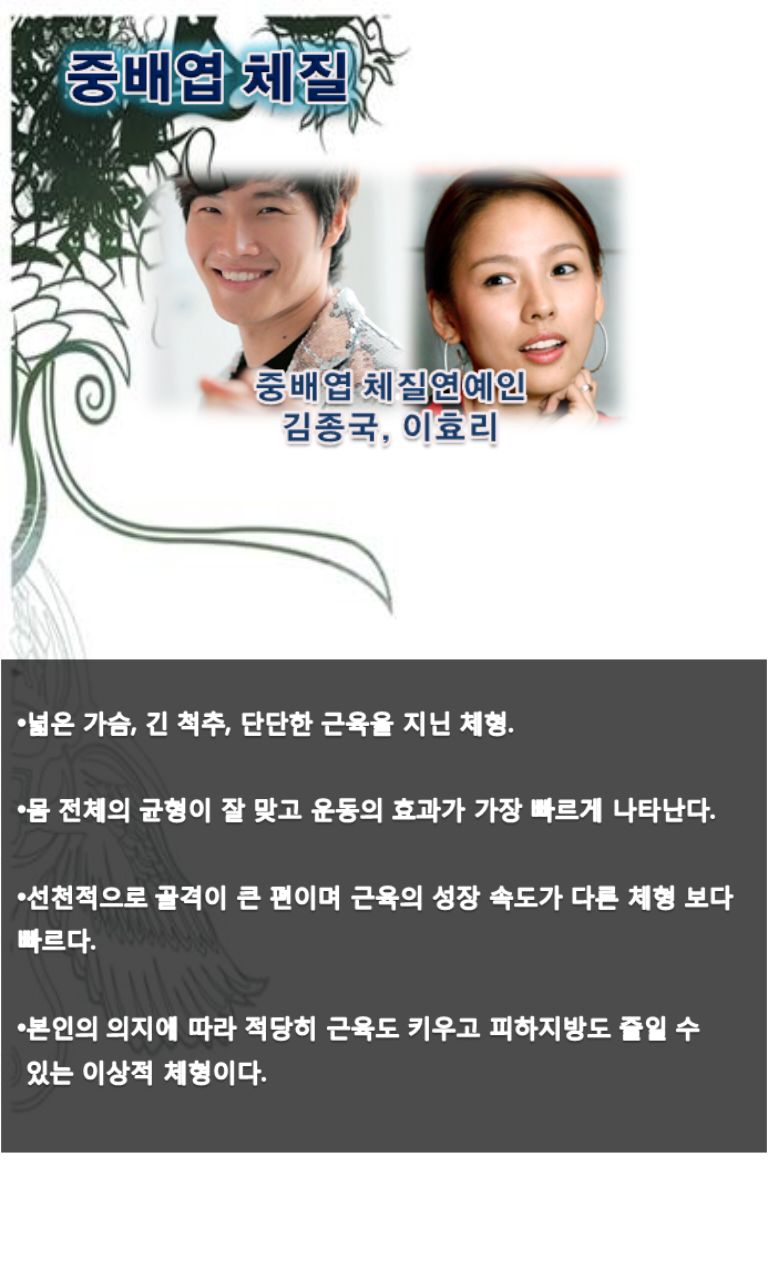
Repository: LewisLim579/2013TeamProject
Layout: PtsApp/res/layout/c_jung.xml
An editor plug-in stored every save of this project. The layout is shown before and after the next save, followed by the edit.
It is drawn on a 768 x 1280 px phone screen (xhdpi) without system bars, with theme android:Theme.NoTitleBar.Fullscreen; the app's code is not run.

Above is the layout before, as saved 2013-05-24 16:57:28.

### PtsApp/res/layout/c_jung.xml
<RelativeLayout xmlns:android="http://schemas.android.com/apk/res/android"
    android:layout_width="fill_parent"
    android:layout_height="fill_parent"
    android:background="@drawable/back" >

    <ImageView
        android:id="@+id/imageView2"
        android:layout_width="wrap_content"
        android:layout_height="wrap_content"
        android:layout_alignParentLeft="true"
        android:layout_alignParentTop="true"
        android:src="@drawable/jungtitle" />

    <ImageView
        android:id="@+id/imageView1"
        android:layout_width="wrap_content"
        android:layout_height="wrap_content"
        android:layout_below="@+id/imageView2"
        android:layout_centerHorizontal="true"
        android:src="@drawable/jung_2" />



    <ImageView
        android:id="@+id/imageView3"
        android:layout_width="wrap_content"
        android:layout_height="wrap_content"
        android:layout_alignParentBottom="true"
        android:layout_alignParentLeft="true"
        android:layout_marginBottom="38dp"
        android:src="@drawable/nene" />

</RelativeLayout>

After the next save:
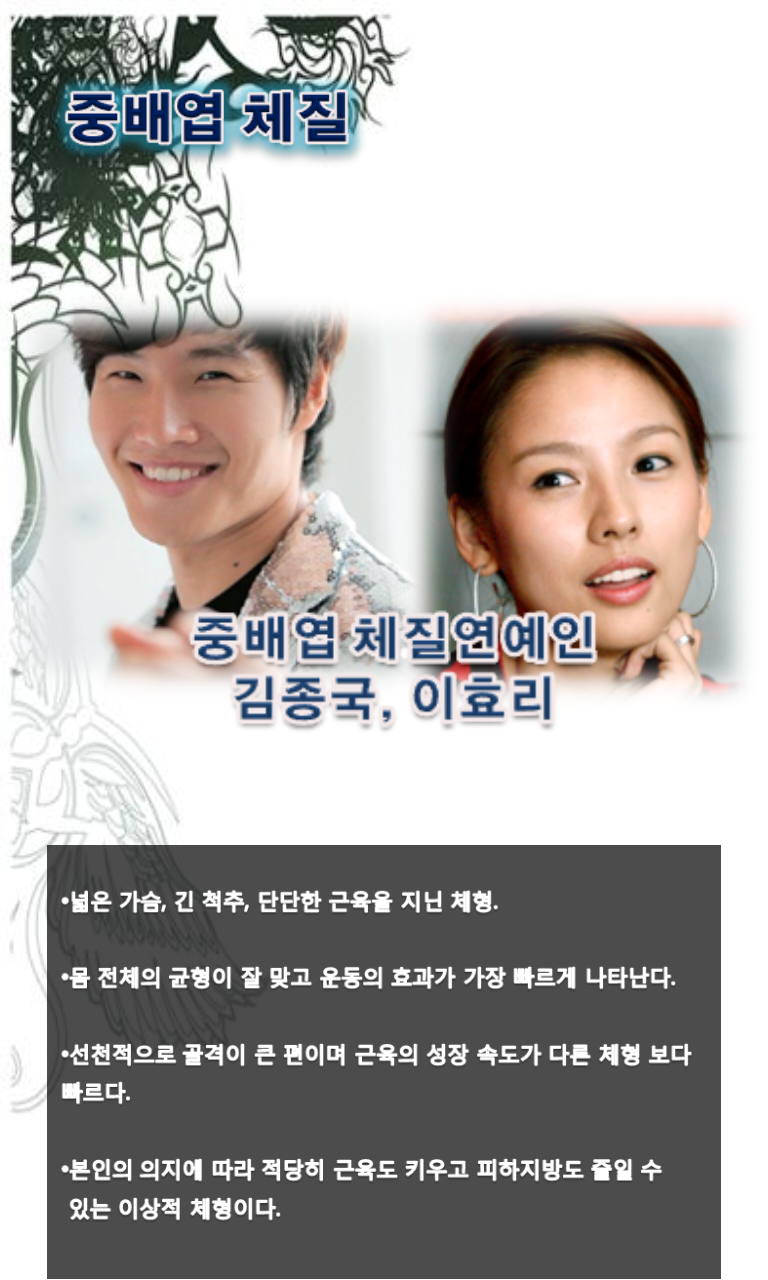
Saved 100 s later.
--- a/PtsApp/res/layout/c_jung.xml
+++ b/PtsApp/res/layout/c_jung.xml
@@ -1,33 +1,47 @@
-<RelativeLayout xmlns:android="http://schemas.android.com/apk/res/android"
+<LinearLayout xmlns:android="http://schemas.android.com/apk/res/android"
     android:layout_width="fill_parent"
     android:layout_height="fill_parent"
-    android:background="@drawable/back" >
+    android:background="@drawable/back"
+    android:orientation="vertical" >
 
-    <ImageView
-        android:id="@+id/imageView2"
-        android:layout_width="wrap_content"
+    <LinearLayout
+        android:layout_width="match_parent"
         android:layout_height="wrap_content"
-        android:layout_alignParentLeft="true"
-        android:layout_alignParentTop="true"
-        android:src="@drawable/jungtitle" />
+        android:orientation="vertical"
+        android:layout_marginTop="20dp" >
 
-    <ImageView
-        android:id="@+id/imageView1"
-        android:layout_width="wrap_content"
+        <ImageView
+            android:id="@+id/imageView2"
+            android:layout_width="wrap_content"
+            android:layout_height="wrap_content"
+            android:src="@drawable/jungtitle" />
+    </LinearLayout>
+
+    <LinearLayout
+        android:layout_width="match_parent"
         android:layout_height="wrap_content"
-        android:layout_below="@+id/imageView2"
-        android:layout_centerHorizontal="true"
-        android:src="@drawable/jung_2" />
+        android:layout_weight="4.04"
+        android:orientation="vertical" >
 
+        <ImageView
+            android:id="@+id/imageView1"
+            android:layout_width="match_parent"
+            android:layout_height="match_parent"
+            android:layout_centerHorizontal="true"
+            android:src="@drawable/jung_2" />
+    </LinearLayout>
 
+    <LinearLayout
+        android:layout_width="match_parent"
+        android:layout_height="218dp"
+        android:orientation="vertical" >
 
-    <ImageView
-        android:id="@+id/imageView3"
-        android:layout_width="wrap_content"
-        android:layout_height="wrap_content"
-        android:layout_alignParentBottom="true"
-        android:layout_alignParentLeft="true"
-        android:layout_marginBottom="38dp"
-        android:src="@drawable/nene" />
+        <ImageView
+            android:id="@+id/imageView3"
+            android:layout_width="match_parent"
+            android:layout_height="wrap_content"
+            android:src="@drawable/nene" />
 
-</RelativeLayout>
+    </LinearLayout>
+
+</LinearLayout>
